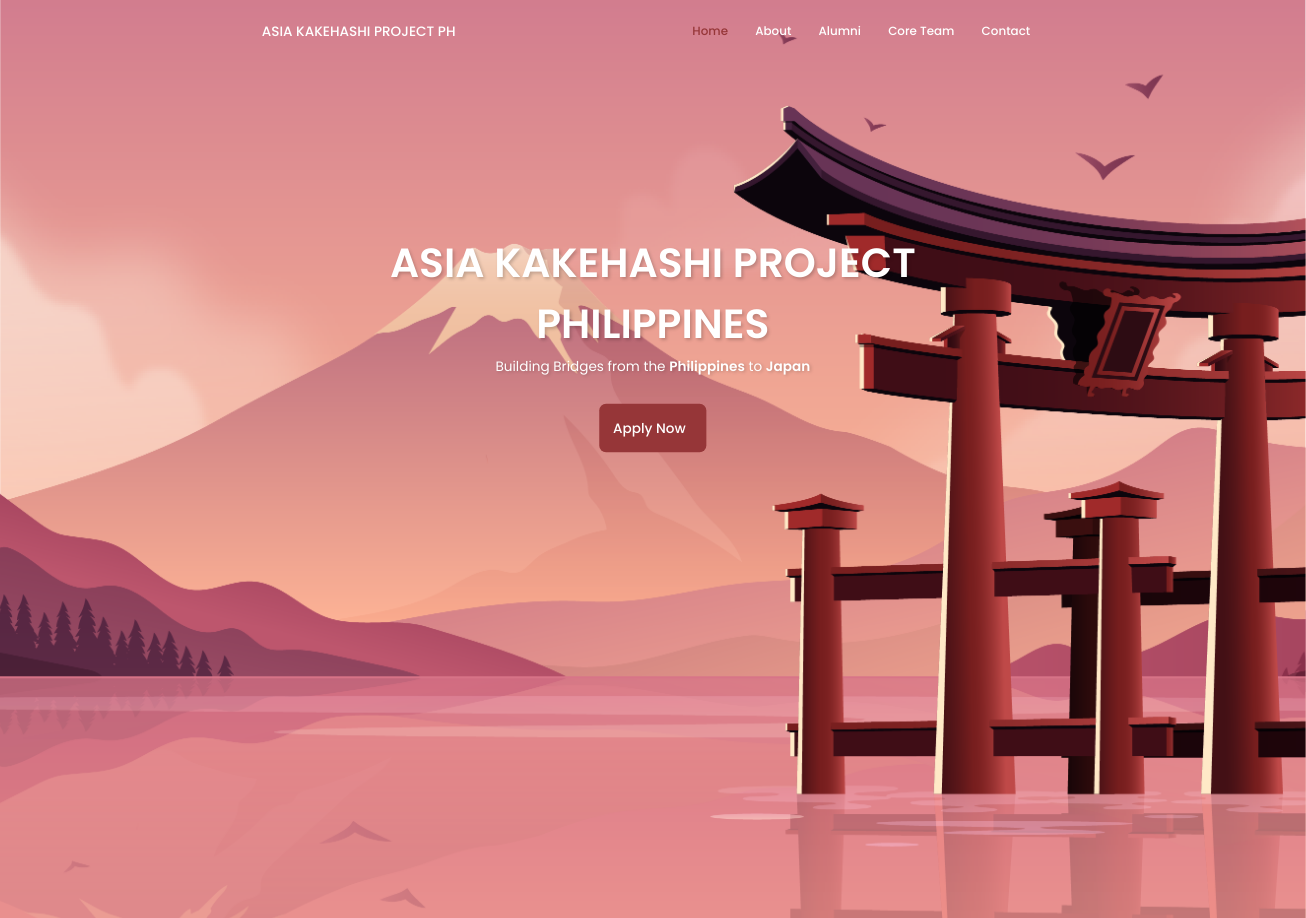
Repository: Aishie123/AKP-PH
Page: index.html
These files come from the project's save history. The page is drawn as it stood at one moment and after the next save; the edit follows.
The browser window is 1536 px wide. The pictures show the whole page, at 85% of full size.
Some icons come from a web library that is not loaded, so they are not drawn.

Above is the page before, as saved 2024-02-18 00:08:48.

### index.html
<!DOCTYPE html>
    <html lang="en">
    <head>
        <meta charset="UTF-8">
        <meta name="viewport" content="width=device-width, initial-scale=1.0">

        <!--==================== UNICONS ====================-->
        <link rel="stylesheet" href="https://unicons.iconscout.com/release/v4.0.8/css/line.css">


        <!--==================== CSS ====================-->
        <link rel="stylesheet" href="assets/css/styles.css">

        <title>Asia Kakehashi Project Philippines</title>
    </head>
    <body>
        <!--==================== HEADER ====================-->
        <header class="header" id="header">
            <nav class="nav container">
                <a href="#" class="nav__logo">ASIA KAKEHASHI PROJECT PH</a>

                <div class="nav__menu" id="nav-menu">
                    <ul class="nav__list grid">
                        <li class="nav__item">
                            <a href="#home" class="nav__link active-link">
                                <i class="uil uil-estate nav__icon"></i>Home
                            </a>
                        </li>
                        <li class="nav__item">
                            <a href="" class="nav__link">
                                <i class="uil uil-user nav__icon"></i>About
                            </a>
                        </li>
                        <li class="nav__item">
                            <a href="" class="nav__link">
                                <i class="uil uil-file-alt nav__icon"></i>Alumni
                            </a>
                        </li>
                        <li class="nav__item">
                            <a href="" class="nav__link">
                                <i class="uil uil-briefcase-alt nav__icon"></i>Core Team
                            </a>
                        </li>
                        <li class="nav__item">
                            <a href="#apply" class="nav__link">
                                <i class="uil uil-message nav__icon"></i>Contact
                            </a>
                        </li>
                    </ul>
                    <i class="uil uil-times nav__close" id="nav-close"></i>
                </div>

                <div class="nav__btns">
                    <!-- Theme change button -->
                    <i class="uil uil-moon change-theme" id="theme-button"></i>

                    <div class="nav__toggle" id="nav-toggle">
                        <i class="uil uil-apps"></i>
                    </div>
                </div>

            </nav>
        </header>

        <!--==================== MAIN ====================-->
        <main class="main">
            <!--==================== HOME ====================-->
            <section class="home section" id="home">
                <div class="home__container container grid">
                    <div class="home__content grid">
                        <div class="home__data">
                            <h1 class="home__title">ASIA KAKEHASHI PROJECT<br>PHILIPPINES</h1>
                            <p class="home__description">Building Bridges from the <b>Philippines</b> to <b>Japan</b></p>
                            <a href="#apply" class="button button--flex">
                                Apply Now <i class="uil uil-message button__icon"></i>
                            </a>
                        </div>
                        <div class="home__parallax">
                            <img src="assets/img/bg/600ppi/Front_Mountains.png" id="front-mountains">
                        </div>
                    </div>

                    <div class="home__scroll">
                        <a href="#about" class="home__scroll-button button--flex">
                            <i class="uil uil-mouse-alt home__scroll-mouse"></i>
                            <span class="home__scroll-name">Scroll down</span>
                            <i class="uil uil-arrow-down home__scroll-arrow"></i>
                        </a>
                    </div>
                </div>
            </section>

            <section class="about section" id="home">
                <div class="about__container container grid">
                    <div class="about__content grid">

                    </div>
                </div>
            </section>





        <!--==================== SCROLL TOP ====================-->
        <a href="" class="scrollup" id="scroll-up">
            <i class="uil uil-arrow-up scrollup__icon"></i>
        </a>

        <!--==================== MAIN JS ====================-->
        <script src="assets/js/main.js"></script>
    </body>
</html>

### assets/css/styles.css
/*==================== GOOGLE FONTS ====================*/
@import url('https://fonts.googleapis.com/css2?family=Poppins:wght@400;500;600&display=swap');

/*==================== VARIABLES CSS ====================*/
:root {
    --header-height: 3rem;

    /*========== Colors ==========*/
    /* Change favorite color */
    --hue-color: 359;

    /* HSL color mode */
    --first-color: hsl(var(--hue-color), 47%, 40%);
    --first-color-second: hsl(var(--hue-color), 47%, 40%);
    --first-color-alt: hsl(var(--hue-color), 35%, 32%);
    --first-color-lighter: hsl(var(--hue-color), 70%, 64%);
    --title-color: var(--container-color);
    --text-color: #fff;
    --text-color-light: hsl(var(--hue-color), 8%, 65%);
    --input-color: hsl(var(--hue-color), 70%, 96%);
    --body-color: hsl(var(--hue-color), 60%, 99%);
    --container-color: #fff;
    --scroll-bar-color: hsl(var(--hue-color), 12%, 90%);
    --scroll-thumb-color: hsl(var(--hue-color), 12%, 80%);

    /*========== Font and typography ==========*/
    --body-font: 'Poppins', sans-serif;

    /* .5rem = 8px, 1rem = 16px, 1.5rem = 24px ... */
    --big-font-size: 2rem;
    --h1-font-size: 1.5rem;
    --h2-font-size: 1.25rem;
    --h3-font-size: 1.125rem;
    --normal-font-size: .938rem;
    --small-font-size: .813rem;
    --smaller-font-size: .75rem;

    /*========== Font weight ==========*/
    --font-medium: 500;
    --font-semi-bold: 600;

    /*========== Margins Bottom ==========*/
    /* .25rem = 4px, .5rem = 8px, .75rem = 12px ... */
    --mb-0-25: .25rem;
    --mb-0-5: .5rem;
    --mb-0-75: .75rem;
    --mb-1: 1rem;
    --mb-1-5: 1.5rem;
    --mb-2: 2rem;
    --mb-2-5: 2.5rem;
    --mb-3: 3rem;

    /*========== z index ==========*/
    --z-tooltip: 10;
    --z-fixed: 100;
    --z-modal: 1000;
}

/* Font size for large devices */
@media screen and (min-width: 968px) {
    :root {
        --big-font-size: 3rem;
        --h1-font-size: 2.25rem;
        --h2-font-size: 1.5rem;
        --h3-font-size: 1.25rem;
        --normal-font-size: 1rem;
        --small-font-size: .875rem;
        --smaller-font-size: .813rem;
    }
}

/*========== Variables Dark theme ==========*/
body.dark-theme{
  --first-color-second: hsl(var(--hue-color), 30%, 8%);
  --title-color: var(--container-color);
  --text-color: hsl(var(--hue-color), 8%, 75%);
  --input-color: hsl(var(--hue-color), 29%, 16%);
  --body-color: hsl(var(--hue-color), 28%, 12%);
  --container-color: hsl(var(--hue-color), 29%, 16%);
  --scroll-bar-color: hsl(var(--hue-color), 12%, 48%);
  --scroll-thumb-color: hsl(var(--hue-color), 12%, 36%);
}

/*========== Button Dark/Light ==========*/
.nav__btns{
  display: flex;
  align-items: center;
}

.change-theme{
  font-size: 1.25rem;
  color: var(--title-color);
  margin-right: var(--mb-1);
  cursor: pointer;
}

.change-theme:hover{
  color: var(--first-color);
}

/*==================== BASE ====================*/
* {
  box-sizing: border-box;
  padding: 0;
  margin: 0;
}

html {
  scroll-behavior: smooth;
}

body {
  margin: 0 0 var(--header-height) 0;
  font-family: var(--body-font);
  font-size: var(--normal-font-size);
  background-color: var(--body-color);
  color: var(--text-color);
}

h1, h2, h3, h4 {
  color: var(--title-color);
  font-weight: var(--font-semi-bold);
}

ul {
  list-style: none;
}

a {
  text-decoration: none;
}

img {
  /*max-width: 100%;*/
  height: auto;
}

/*==================== REUSABLE CSS CLASSES ====================*/
/*
.section {
  padding: 2rem 0 4rem;
}
*/

.section__title {
  font-size: var(--h1-font-size);
  color: var(--title-color);
}

.section__subtitle {
  display: block;
  font-size: var(--small-font-size);
  margin-bottom: var(--mb-3);
}

.section__title,
.section__subtitle {
  text-align: center;
}

/*==================== LAYOUT ====================*/
.container {
  padding-left: var(--mb-1-5);
  padding-right: var(--mb-1-5);
}

.grid {
  display: grid;
  gap: 1.5rem;
}

.header {
  width: 100%;
  position: fixed;
  bottom: 0;
  left: 0;
  z-index: var(--z-fixed);
 /*background-color: var(--body-color);*/
}

/*==================== NAV ====================*/
.nav{
  max-width: 968px;
  height: var(--header-height);
  display: flex;
  justify-content: space-between;
  align-items: center;
}

.nav__logo,
.nav__toggle{
  color: var(--title-color);
  font-weight: var(--font-medium);
}

.nav__logo:hover{
  color: var(--first-color);
}

.nav__toggle{
  font-size: 1.1rem;
  cursor: pointer;
}

.nav__toggle:hover{
  color: var(--first-color);
}

@media screen and (max-width: 767px){
  .nav__menu{
    position: fixed;
    bottom: -100%;
    left: 0;
    width: 100%;
    background-color: var(--body-color);
    padding: 2rem 1.5rem 4rem;
    box-shadow: 0 -1px 4px rgba(0, 0, 0, 0.15);
    border-radius: 1.5rem 1.5rem 0 0;
    transition: .3s;
  }
}

.nav__list{
  grid-template-columns: repeat(3, 1fr);
  gap: 2rem;
}

.nav__link{
  display: flex;
  flex-direction: column;
  align-items: center;
  font-size: var(--small-font-size);
  color: var(--container-color);
  font-weight: var(--font-medium);
}

.nav__link:hover{
  color: var(--first-color);
}

.nav__icon{
  font-size: 1.2rem;
}

.nav__close{
  position: absolute;
  right: 1.3rem;
  bottom: .5rem;
  font-size: 1.5rem;
  cursor: pointer;
  color: var(--first-color);
}

.nav__close:hover{
  color: var(--first-color-alt);
}

/* show menu */
.show-menu{
  bottom: 0;
}

/* Active link */
.active-link{
  color: var(--first-color);
}

/* Change background header */
.scroll-header{
  box-shadow: 0 -1px 4px rgba(0, 0, 0, 0.15);
}

/*==================== HOME ====================*/
.home__container{
    gap: 1rem;
    background: url(../img/bg/600ppi/Back_Sky.png) center/cover no-repeat;
    height: 100vh;
    background-size: cover; /* This will make the background image cover the entire container */
  overflow: hidden; /* Hide any content that overflows the container */
}

  .home__content {
    position: relative;
    padding-top: 3.5rem;
    align-items: center;
  }

  .home__parallax {
    position: absolute;
    top: 0;
    left: 0;
    width: 100%; /* Relative width */
    height: auto; /* Maintain aspect ratio */
    max-width: 100%; /* Ensure the image doesn't exceed its natural size */
    z-index: 0;
  }

  #front-mountains {
    position: relative; /* Change to relative positioning */
    width: 130rem;
    transform: translate(-30%, -30%); /* Adjust to center the element */

  }

  .home__social{
    display: grid;
    grid-template-columns: max-content;
    row-gap: 1rem;
  }

  .home__social-icon{
    font-size: 1.25rem;
    color: var(--first-color);
  }

  .home__social-icon:hover{
    color: var(--first-color-alt);
  }

  .home__data {
    display: flex;
    flex-direction: column;
    align-items: center;
    justify-content: center;
    z-index: var(--z-tooltip);
  }

  .home__title{
    font-size: var(--big-font-size);
    text-align: center;
    text-shadow: 2px 2px 4px rgba(0, 0, 0, 0.2); /* Adjust the shadow properties as needed */
  }

  .home__subtitle{
    font-size: var(--h3-font-size);
    color: var(--text-color);
    font-weight: var(--font-medium);
    margin-bottom: var(--mb-0-75);
  }

  .home__description{
    text-align: center;
    margin-bottom: var(--mb-2);
    text-shadow: 2px 2px 4px rgba(0, 0, 0, 0.2); /* Adjust the shadow properties as needed */
  }

  .home__scroll{
    display: none;
  }

  .home__scroll-button{
    color: var(--first-color);
    transition: .3s;
  }

  .home__scroll-button:hover{
    transform: translateY(.25rem);
  }

  .home__scroll-mouse{
    font-size: 2rem;
  }

  .home__scroll-name{
    font-size: var(--small-font-size);
    color: var(--title-color);
    font-weight: var(--font-medium);
    margin-right: var(--mb-0-25);
  }

  .home__scroll-arrow{
    font-size: 1.25rem;
  }

  /*==================== BUTTONS ====================*/
  .button{
    display: inline-block;
    background-color: var(--first-color);
    color: #FFF;
    padding: 1rem;
    border-radius: .5rem;
    font-weight: var(--font-medium);
  }

  .button:hover{
    background-color: var(--first-color-alt);
  }

  .button__icon{
    font-size: 1.25rem;
    margin-left: var(--mb-0-5);
    transition: .3s;
  }

  .button--flex{
    display: inline-flex;
    align-items: center;
  }




/*==================== FOOTER ====================*/
.footer{
    text-align: center;
    padding-top: 2rem;
  }

  .footer__container{
    row-gap: 1rem;
  }

  .footer__bg{
    background-color: var(--first-color-second);
    padding: 2rem 0 3rem;
  }

  .footer__title{
    font-size: var(--h1-font-size);
    margin-bottom: var(--mb-0-25);
  }

  .footer__subtitle{
    font-size: var(--small-font-size);
  }

  .footer__socials{
    font-size: 1.25rem;
    /* margin-right: var(--mb-1-5); */
    display: inline-block;
  }

  .footer__social:hover{
    color: var(--first-color-lighter);
  }

  .footer__copy{
    font-size: var(--smaller-font-size);
    text-align: center;
    margin-top: var(--mb-1);
  }

  .footer__title,
  .footer__subtitle,
  .footer__social,
  .footer__copy{
    color: #FFF
  }

  /*========== SCROLL UP ==========*/
  .scrollup{
    position: fixed;
    right: 1rem;
    bottom: -20%;
    background-color: var(--first-color);
    opacity: .8;
    padding: 0 .3rem;
    border-radius: .4rem;
    z-index: var(--z-tooltip);
    transition: .4s;
  }

  .scrollup:hover{
    background-color: var(--first-color-alt);
  }

  .scrollup__icon{
    font-size: 1.5rem;
    color: #FFF;
  }

  /* Show scroll */
  .show-scroll{
    bottom: 5rem;
  }

  /*========== SCROLL BAR ==========*/
  ::-webkit-scrollbar{
    width: .60rem;
    background-color: var(--scroll-bar-color);
    border-radius: .5rem;
  }

  ::-webkit-scrollbar-thumb{
    background-color: var(--scroll-thumb-color);
    border-radius: .5rem;
  }

  ::-webkit-scrollbar-thumb:hover{
    background-color: var(--text-color-light);
  }

  /*==================== MEDIA QUERIES ====================*/
  /* For small devices */
  @media screen and (max-width: 350px){
    .container{
      padding-left: var(--mb-1);
      padding-right: var(--mb-1);
    }

    .nav__menu{
      padding: 2rem .25rem 4rem;
    }

    .nav__list{
      column-gap: 0;
    }

    .home__container{
      row-gap: 5rem;
      height: 100vh;
    }

    #front-mountains{
      width: 130rem;
    }
  }

  /* For medium devices */
  @media screen and (min-width: 568px){

    .home__data{
      grid-column: initial;
    }
    .home__img{
      order: 1;
      justify-self: center;
    }

    .home__container{
      row-gap: 5rem;
      height: 100vh;
    }

    #front-mountains{
      width: 130rem;
    }
  }

  @media screen and (min-width: 768px){
    .container{
      margin-left: auto;
      margin-right: auto;
    }

    body{
      margin: 0;
    }

    .section__subtitle{
      margin-bottom: 4rem;
    }

    .header{
      top: 0;
      bottom: initial;
    }

    .nav{
      height: calc(var(--header-height) + 1.5rem);
      column-gap: 1rem;
    }

    .nav__icon,
    .nav__close,
    .nav__toggle{
      display: none;
    }

    .nav__list{
      display: flex;
      column-gap: 2rem;
    }
    .nav__menu{
      margin-left: auto;
    }
    .change-theme{
      margin: 0;
    }

    .home__content {
      position: relative;
      padding-top: 8rem;
      align-items: center;
    }

    .home__container{
      row-gap: 5rem;
      height: 150vh;
    }

    .home__scroll{
      display: block;
    }
    .home__scroll-button{
      margin-left: 3rem;
    }

    #front-mountains{
      width: 130rem;
    }
  }

  /* For large devices */
  @media screen and (min-width: 1024px){
    .header,
    .main,
    .footer__container{
      padding: 0;
    }

    .home__social{
      transform: translateX(-6rem);
    }

    #front-mountains{
      width: 130rem;
    }

  }

  /* For larger devices like iMac*/
  @media screen and (min-width: 1500px){
    #front-mountains{
      width: 180rem;
    }

  }

### assets/js/main.js
/*==================== DARK LIGHT THEME ====================*/

const themeButton = document.getElementById('theme-button')
const darkTheme = 'dark-theme'
const iconTheme = 'uil-sun'

// Previously selected topic (if user selected)
const selectedTheme = localStorage.getItem('selected-theme')
const selectedIcon = localStorage.getItem('selected-icon')

// We obtain the current theme that the interface has by validating the dark-theme class
const getCurrentTheme = () => document.body.classList.contains(darkTheme) ? 'dark' : 'light'
const getCurrentIcon = () => themeButton.classList.contains(iconTheme) ? 'uil-moon' : 'uil-sun'

// We validate if the user previously chose a topic
if (selectedTheme) {
  // If the validation is fulfilled, we ask what the issue was to know if we activated or deactivated the dark
  document.body.classList[selectedTheme === 'dark' ? 'add' : 'remove'](darkTheme)
  themeButton.classList[selectedIcon === 'uil-moon' ? 'add' : 'remove'](iconTheme)
}

// Activate / deactivate the theme manually with the button
themeButton.addEventListener('click', () => {
    // Add or remove the dark / icon theme
    document.body.classList.toggle(darkTheme)
    themeButton.classList.toggle(iconTheme)
    // We save the theme and the current icon that the user chose
    localStorage.setItem('selected-theme', getCurrentTheme())
    localStorage.setItem('selected-icon', getCurrentIcon())
})

After the next save:
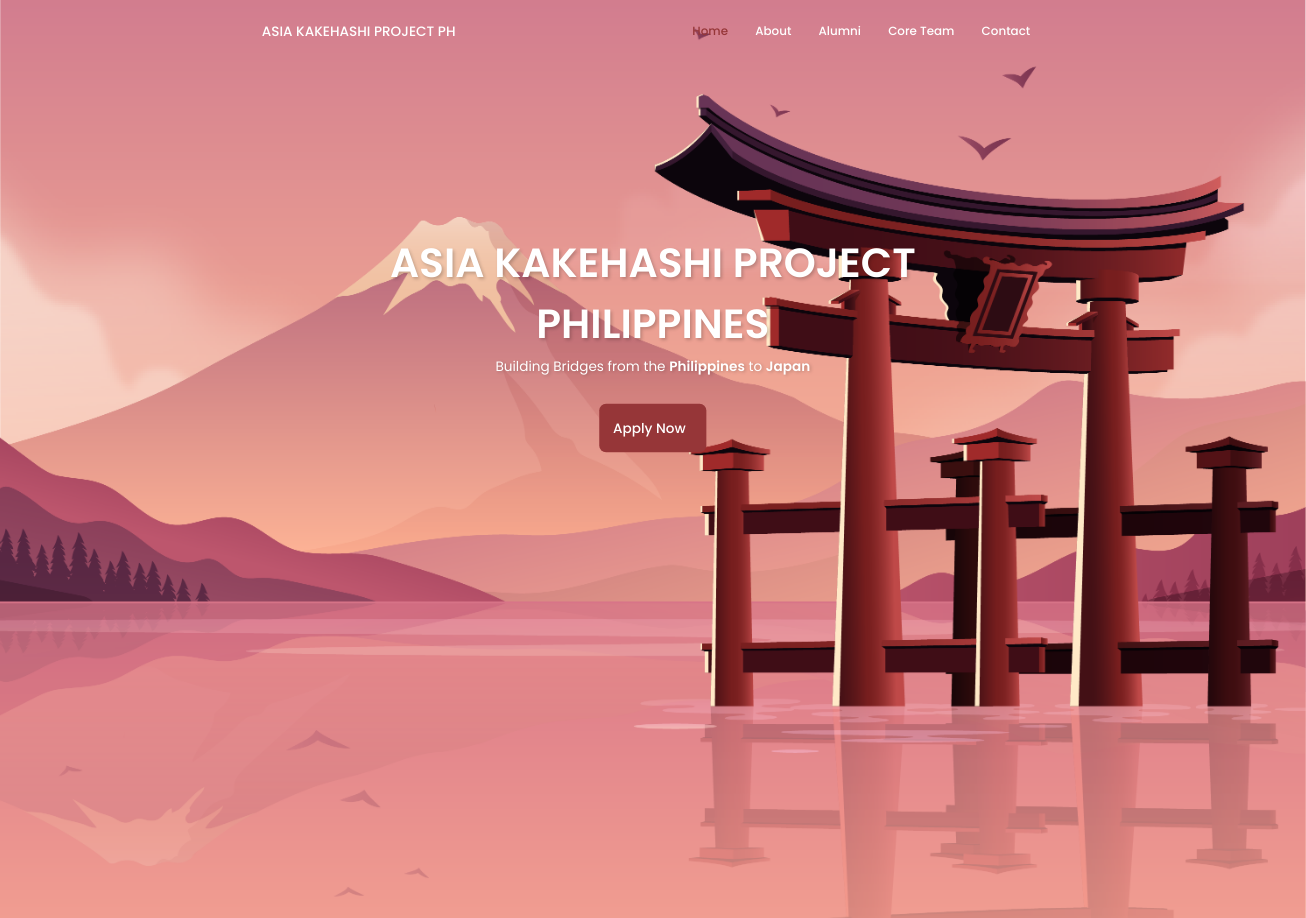
Saved 53 s later.
--- a/assets/css/styles.css
+++ b/assets/css/styles.css
@@ -622,7 +622,7 @@
   /* For larger devices like iMac*/
   @media screen and (min-width: 1500px){
     #front-mountains{
-      width: 180rem;
-    }
-
-  }
+      width: 160rem;
+    }
+
+  }

After the save that followed:
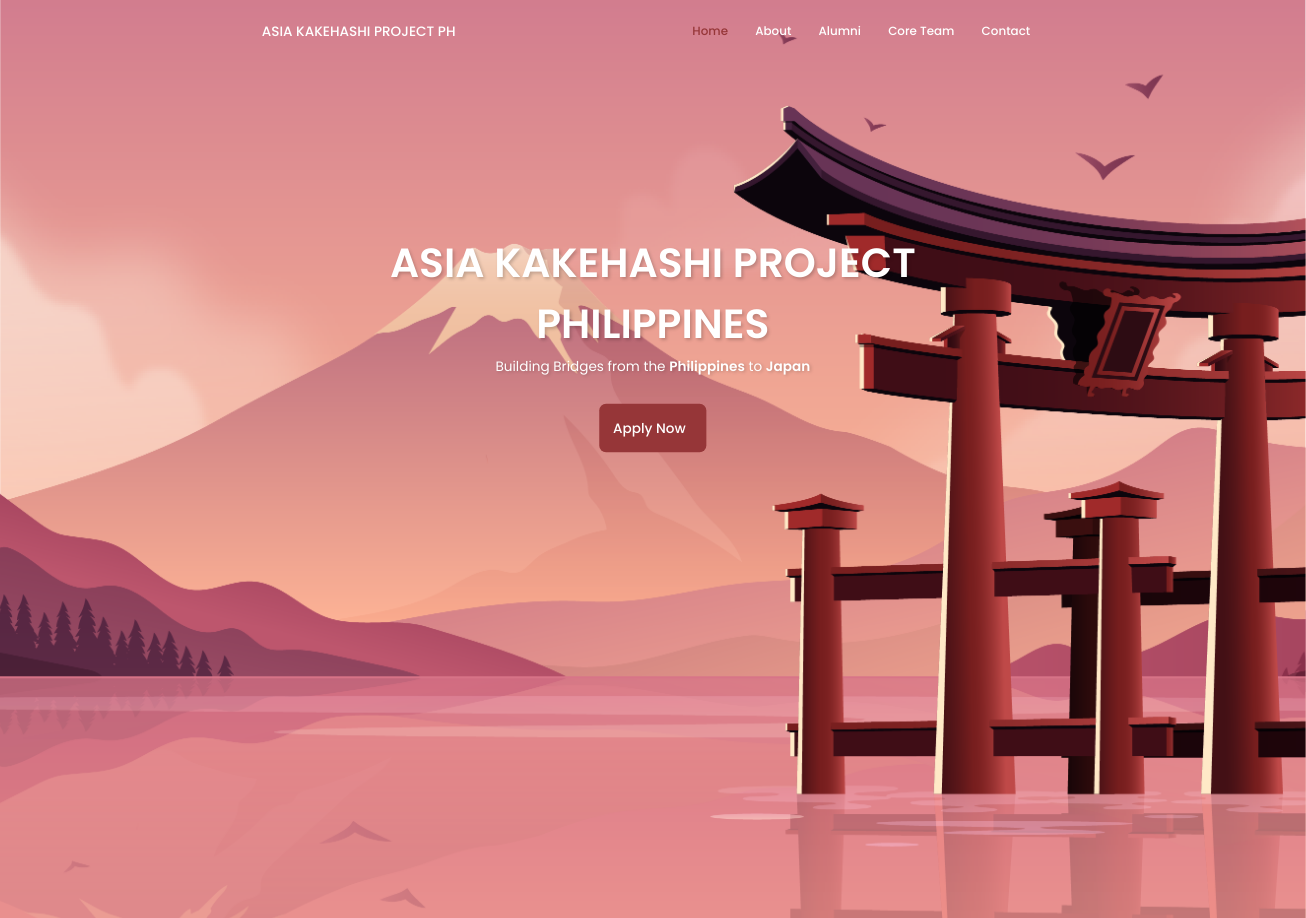
Saved 9 s later.
--- a/assets/css/styles.css
+++ b/assets/css/styles.css
@@ -622,7 +622,7 @@
   /* For larger devices like iMac*/
   @media screen and (min-width: 1500px){
     #front-mountains{
-      width: 160rem;
-    }
-
-  }
+      width: 180rem;
+    }
+
+  }
